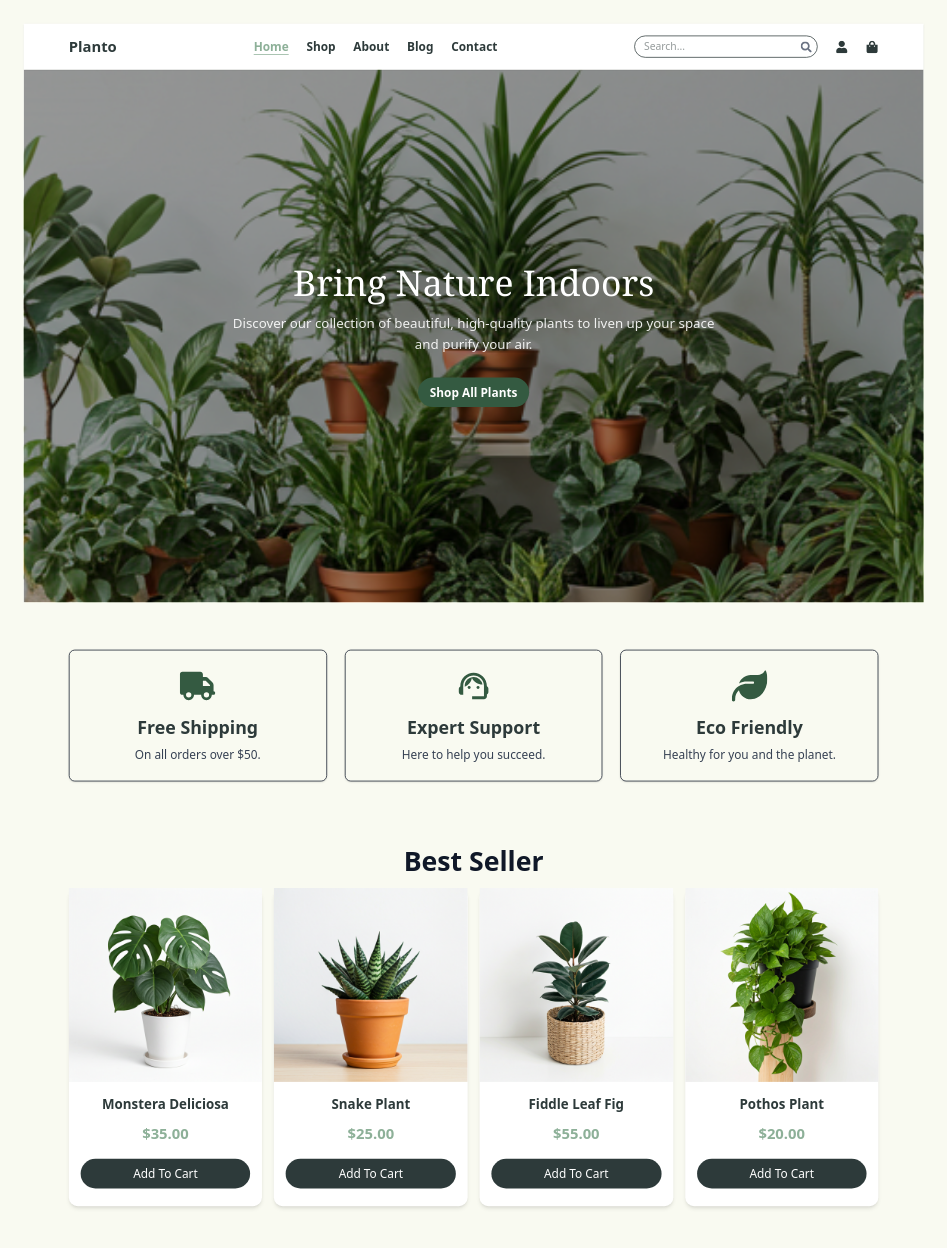
Repository: mazenessam99/Planto
Page: /
These files come from the project's save history. The page is drawn as it stood at one moment and after the next save; the edit follows.
The browser window is 1280 px wide. The pictures show the whole page, at 74% of full size.
The project was rebuilt for these pictures with package versions that can differ from the ones it lists, and the page was loaded fresh each time. Also part of the build but not shown: vite.config.js.

Above is the page before, as saved 2025-11-22 23:22:08.

### index.html
<!doctype html>
<html lang="en">
  <head>
    <meta charset="UTF-8" />
    <link rel="icon" type="image/svg+xml" href="/vite.svg" />
    <meta name="viewport" content="width=device-width, initial-scale=1.0" />
    <title>plants_website</title>
  </head>
  <body>
    <div id="root"></div>
    <script type="module" src="/src/main.jsx"></script>
  </body>
</html>

### src/index.css
@import "tailwindcss";
@import "tailwindcss/theme" layer(theme);
@theme {
  --color-primary: #2D3A3A;
  --color-forest:#386641;
  --color-green:#345A41;
  --color-secondary: #8DB098;
  --color-Terracotta: #C27357;
  --color-sky:#B0D0D3;
  --font-cairo: "Cairo", sans-serif;
  --spacing-128: 32rem;
}

/* ----- BASE ----- */
@layer base {
  body {
    @apply  bg-[#F9FAF1] text-gray-900;
  }
}

/* ----- COMPONENTS ----- */
@layer components {
  .btn {
    @apply bg-primary text-white px-4 py-2 rounded-full cursor-pointer ;
  }
  .btn-green{
    @apply bg-green ;
  }

  .card {
    @apply bg-white p-6 rounded-xl shadow;
  }

}
/* Scrollbar width */
::-webkit-scrollbar {
  width: 8px;
}

/* Scrollbar track  */
::-webkit-scrollbar-track {
  background: #2D3A3A;
  border-radius: 8px;
}

/* Scrollbar thumb  */
::-webkit-scrollbar-thumb {
  background-color: #8DB098;
  border-radius: 8px;
}

::-webkit-scrollbar-thumb:hover {
  background-color: #789983;
}

.container{
  width:90%;
  margin:0 auto;
}

### src/App.jsx

import './App.css'
import Button from './components/ui/Button'
import Home from './pages/Home'

function App() {


  return (
    <>
      <Home/>


    </>
  )
}

export default App

### src/components/ui/Button.jsx
const Button = ({ children, className = "",variant="", ...props }) => {
    return (
        <button className={`btn btn-${variant} ${className}`} {...props}>
            {children}
        </button>
    )
}

export default Button

### src/pages/Home.jsx
import BestSeller from '../components/layout/BestSeller'
import DeliveryCard from '../components/layout/DeliveryCard'
import Hero from '../components/layout/Hero'
import Navbar from '../components/layout/Navbar'

const Home = () => {
  return (
    <div>
        <Navbar/>
        <Hero/>
        <DeliveryCard/>
        <BestSeller/>
    </div>
  )
}

export default Home

### src/components/layout/BestSeller.jsx
import React from 'react'
import { BESTSELLER_CARDS } from '../../utils/constants';
import ProductCard from '../ui/ProductCard';

const BestSeller = () => {
  return (
    <section className='container py-6'>
        <h2 className="text-4xl text-center font-bold mb-4">Best Seller</h2>
        <div className='grid grid-cols-1 sm:grid-cols-2 lg:grid-cols-4 gap-4'>
            {BESTSELLER_CARDS.map((card,index)=>(
                <ProductCard src={card.src} title={card.title} price={card.price}/>
        ))}
        </div>

    </section>
  )
}

export default BestSeller;

### src/components/layout/DeliveryCard.jsx
import { motion } from "framer-motion";
import { DELIVERY_CARDS } from "../../utils/constants";
import { FaTruck, FaLeaf } from "react-icons/fa6";
import { MdSupportAgent } from "react-icons/md";

const icons = {
  truck: <FaTruck />,
  support: <MdSupportAgent />,
  leaf: <FaLeaf />,
};

const DeliveryCards = () => {
  return (
    <section className="container py-16">
      <div className="grid grid-cols-1 sm:grid-cols-2 lg:grid-cols-3 gap-6">
        {DELIVERY_CARDS.map((card, index) => (
          <div key={card.id} className="flex flex-col items-center justify-center text-center p-6 border rounded-lg shadow hover:shadow-lg  transition">
            <div className="text-5xl text-green">
              {icons[card.icon]}
            </div>
            <h3 className="mt-4 mb-2 font-bold text-xl md:text-2xl text-primary">{card.title}</h3>
            <p className="text-gray-700 ">{card.desc}</p>
          </div>
        ))}

      </div>
    </section>
  );
};

export default DeliveryCards;

### src/components/layout/Hero.jsx
import { motion } from "framer-motion";
import HeroImg from "../../assets/images/Hero.png";
import Button from "../ui/Button";

const Hero = () => {
  return (
    <section
      className="relative h-screen overflow-hidden"
    >

      <motion.div
        className="absolute inset-0 bg-cover bg-center"
        style={{ backgroundImage: `url(${HeroImg})` }}
        animate={{ scale: [1, 1.05, 1] }}
        transition={{ duration: 10, repeat: Infinity, ease: "easeInOut" }}
      />

      {/* Overlay */}
      <div className="absolute inset-0 bg-black/40"></div>

      <div className="relative z-10 flex flex-col items-center justify-center h-full px-4 md:px-0 space-y-4 text-center">
        <motion.h1
          initial={{ y: -20, opacity: 0 }}
          animate={{ y: 0, opacity: 1 }}
          transition={{ duration: 0.8 }}
          className="text-white text-2xl md:text-4xl lg:text-5xl font-serif"
        >
          Bring Nature Indoors
        </motion.h1>

        <motion.h2
          initial={{ y: 20, opacity: 0 }}
          animate={{ y: 0, opacity: 1 }}
          transition={{ duration: 0.8, delay: 0.3 }}
          className="text-white/90 text-sm md:text-base lg:text-lg max-w-2xl font-normal"
        >
          Discover our collection of beautiful, high-quality plants to liven up your space and purify your air.
        </motion.h2>

        <motion.div
          initial={{ scale: 0.8, opacity: 0 }}
          animate={{ scale: 1, opacity: 1 }}
          transition={{ duration: 0.5, delay: 0.6 }}
        >
          <Button className="btn-green font-bold mt-4">Shop All Plants</Button>
        </motion.div>
      </div>
    </section>
  );
};

export default Hero;

### src/components/layout/Navbar.jsx
import { useState } from "react";
import { NavLink } from "react-router-dom";
import { NAVBAR_LINKS } from "../../utils/constants";
import { FaBars, FaSearch, FaUser, FaShoppingBag } from "react-icons/fa";
import { IoClose } from "react-icons/io5";
import { motion, AnimatePresence } from "framer-motion";

const Navbar = () => {
    const [menuOpen, setMenuOpen] = useState(false);

    return (
        <nav className="bg-white shadow sticky top-0 z-50 ">
            <div className="container flex justify-between items-center py-4">
                {/* Logo */}
                <a href="/" className="text-primary text-xl font-bold">Planto</a>

                {/* Desktop Links */}
                <ul className="hidden md:flex gap-6 items-center">
                    {NAVBAR_LINKS.map((link) => (
                        <li key={link.id}>
                            <NavLink
                                to={link.path}
                                className={({ isActive }) =>
                                    `text-primary font-semibold transition hover:text-secondary
                                ${isActive ? "text-secondary underline underline-offset-4" : ""}`
                                }
                            >
                                {link.label}
                            </NavLink>
                        </li>
                    ))}
                </ul>

                {/* Desktop Icons + Search */}
                <div className="hidden md:flex gap-6 items-center text-primary">
                    {/* Search input */}
                    <div className="relative">
                        <input
                            type="text"
                            placeholder="Search..."
                            className="border rounded-full pl-3 pr-8 py-1 text-sm focus:outline-none focus:ring-2 focus:ring-secondary"
                        />
                        <FaSearch size={15} className="absolute right-2 top-2 text-gray-500" />
                    </div>

                    <FaUser size={17} className="cursor-pointer hover:text-secondary" />
                    <FaShoppingBag size={17} className="cursor-pointer hover:text-secondary" />
                </div>

                {/* Mobile menu button */}
                <button
                    className="md:hidden text-primary"
                    onClick={() => setMenuOpen(true)}
                    aria-label="Open menu"
                    aria-expanded={menuOpen}
                >
                    <FaBars size={22} />
                </button>
            </div>

            {/* Mobile overlay + drawer (AnimatePresence for exit animation) */}
            <AnimatePresence>
                {menuOpen && (
                    <motion.div
                        className="md:hidden fixed inset-0 z-40"
                        initial={{ opacity: 0 }}
                        animate={{ opacity: 1 }}
                        exit={{ opacity: 0 }}
                        onClick={() => setMenuOpen(false)}
                    >
                        {/* Drawer */}
                        <motion.div
                            className="bg-white w-72 h-full shadow-lg p-6"
                            initial={{ x: "-100%" }}
                            animate={{ x: 0 }}
                            exit={{ x: "-100%" }}
                            transition={{ type: "linear", duration: 0.4 }}
                            onClick={(e) => e.stopPropagation()}
                        >
                            {/* Close */}
                            <div className="flex justify-between items-center mb-6">
                                <a href="/" className="text-lg font-bold text-primary">Planto</a>
                                <button onClick={() => setMenuOpen(false)} aria-label="Close menu">
                                    <IoClose size={26} className="text-primary" />
                                </button>
                            </div>

                            {/* Mobile Search */}
                            <div className="mb-4">
                                <div className="relative">
                                    <input
                                        type="text"
                                        placeholder="Search..."
                                        className="w-full border rounded-full pl-3 pr-8 py-2 text-sm focus:outline-none focus:ring-2 focus:ring-secondary"
                                    />
                                    <FaSearch size={15} className="absolute right-3 top-3 text-gray-500" />
                                </div>
                            </div>

                            {/* Links */}
                            <ul className="flex flex-col gap-4 text-primary font-semibold">
                                {NAVBAR_LINKS.map((link) => (
                                    <li key={link.id}>
                                        <NavLink
                                            to={link.path}
                                            onClick={() => setMenuOpen(false)}
                                            className={({ isActive }) =>
                                                `block py-2 ${isActive ? "text-secondary" : ""}`
                                            }
                                        >
                                            {link.label}
                                        </NavLink>
                                    </li>
                                ))}
                            </ul>

                            {/* Icons */}
                            <div className="flex gap-4 mt-6 text-primary">
                                <FaUser size={18} />
                                <FaShoppingBag size={18} />
                            </div>
                        </motion.div>
                    </motion.div>
                )}
            </AnimatePresence>
        </nav>
    );
};

export default Navbar;

### src/utils/constants.js
import img1 from "../../src/assets/images/Featured_1.png";
import img2 from "../../src/assets/images/Featured_2.png";
import img3 from "../../src/assets/images/Featured_3.png";
import img4 from "../../src/assets/images/Featured_4.png";
// Navbar_Links
export const NAVBAR_LINKS = [
    { id: 1, label: 'Home', path: '/' },
    { id: 2, label: 'Shop', path: '/shop' },
    { id: 3, label: 'About', path: '/about' },
    { id: 4, label: 'Blog', path: '/blog' },
    { id: 5, label: 'Contact', path: '/contact' },
];

// Delivery_Cards
export const DELIVERY_CARDS = [
    { id: 1, icon: "truck", title: "Free Shipping", desc: "On all orders over $50." },
    { id: 2, icon: "support", title: "Expert Support", desc: "Here to help you succeed." },
    { id: 3, icon: "leaf", title: "Eco Friendly", desc: "Healthy for you and the planet." },
];

// BESTSELLER_CARDS
export const BESTSELLER_CARDS=[
    {id:1,src:img1,title:'Monstera Deliciosa',price:'$35.00'},
    {id:2,src:img2,title:'Snake Plant',price:'$25.00'},
    {id:3,src:img3,title:'Fiddle Leaf Fig',price:'$55.00'},
    {id:4,src:img4,title:'Pothos Plant',price:'$20.00'}
]

### src/components/ui/ProductCard.jsx
import Button from "./Button";

const ProductCard = ({src,title,price,showButton=true,buttonText='Add To Cart'}) => {
  return (
    <div className="bg-white rounded-xl shadow-md flex flex-col hover:shadow-xl transition-all">
      <div className="w-full h- overflow-hidden ">
        <img src={src} className="w-full h-full object-cover hover:scale-105 transition" alt={title}/>
      </div>
      <div className="p-4 flex flex-col gap-3">
        <h3 className="text-lg font-semibold text-primary">{title}</h3>
      <p className="font-bold text-xl text-secondary">{price}</p>
      {showButton&&(
        <Button className="my-2">
          {buttonText}
        </Button>
      )}
      </div>

    </div>
  )
}

export default ProductCard;

Loaded but not shown: src/main.jsx (common file); src/App.css (common file)

After the next save:
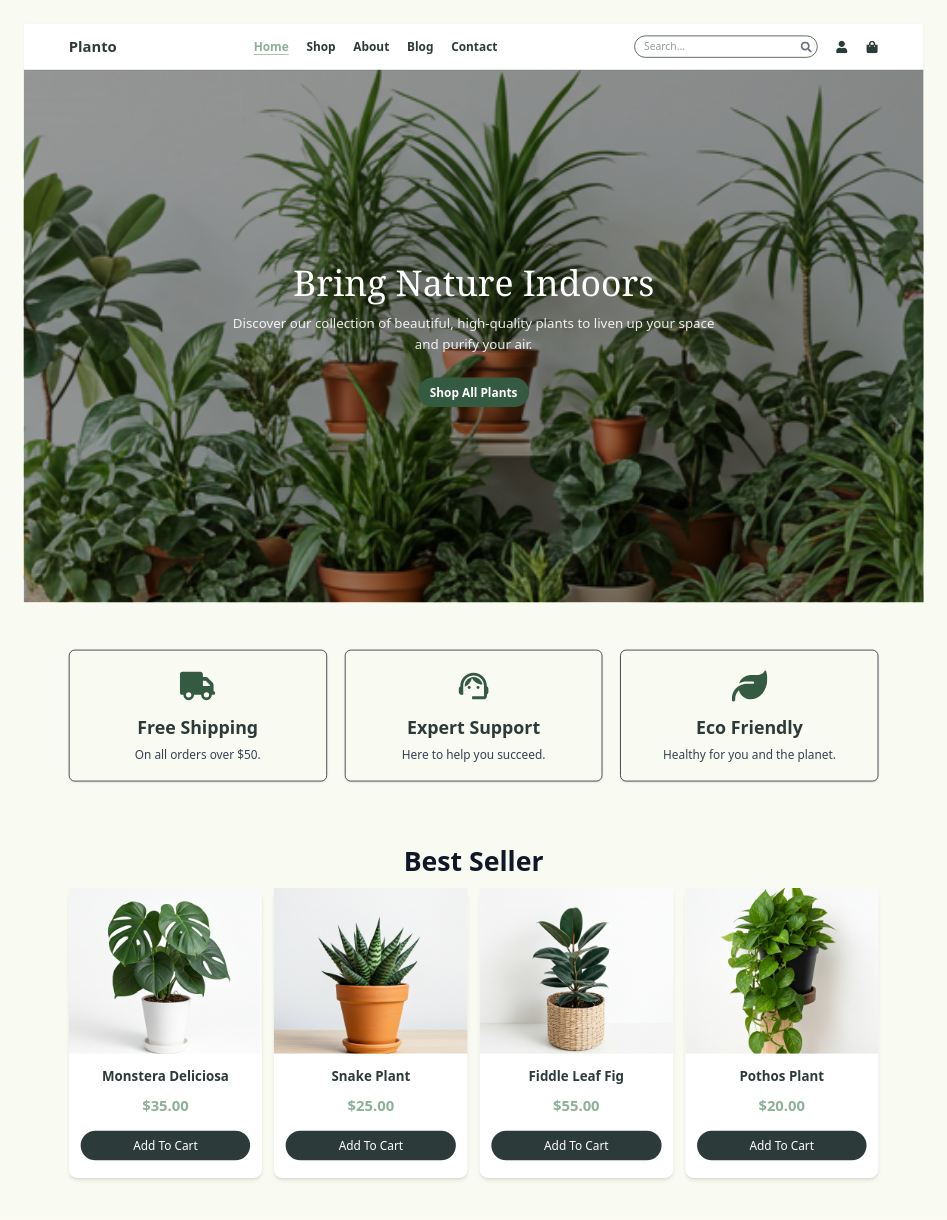
Saved 5 s later.
--- a/src/components/ui/ProductCard.jsx
+++ b/src/components/ui/ProductCard.jsx
@@ -3,7 +3,7 @@ import Button from "./Button";
 const ProductCard = ({src,title,price,showButton=true,buttonText='Add To Cart'}) => {
   return (
     <div className="bg-white rounded-xl shadow-md flex flex-col hover:shadow-xl transition-all">
-      <div className="w-full h- overflow-hidden ">
+      <div className="w-full h-56 overflow-hidden ">
         <img src={src} className="w-full h-full object-cover hover:scale-105 transition" alt={title}/>
       </div>
       <div className="p-4 flex flex-col gap-3">
